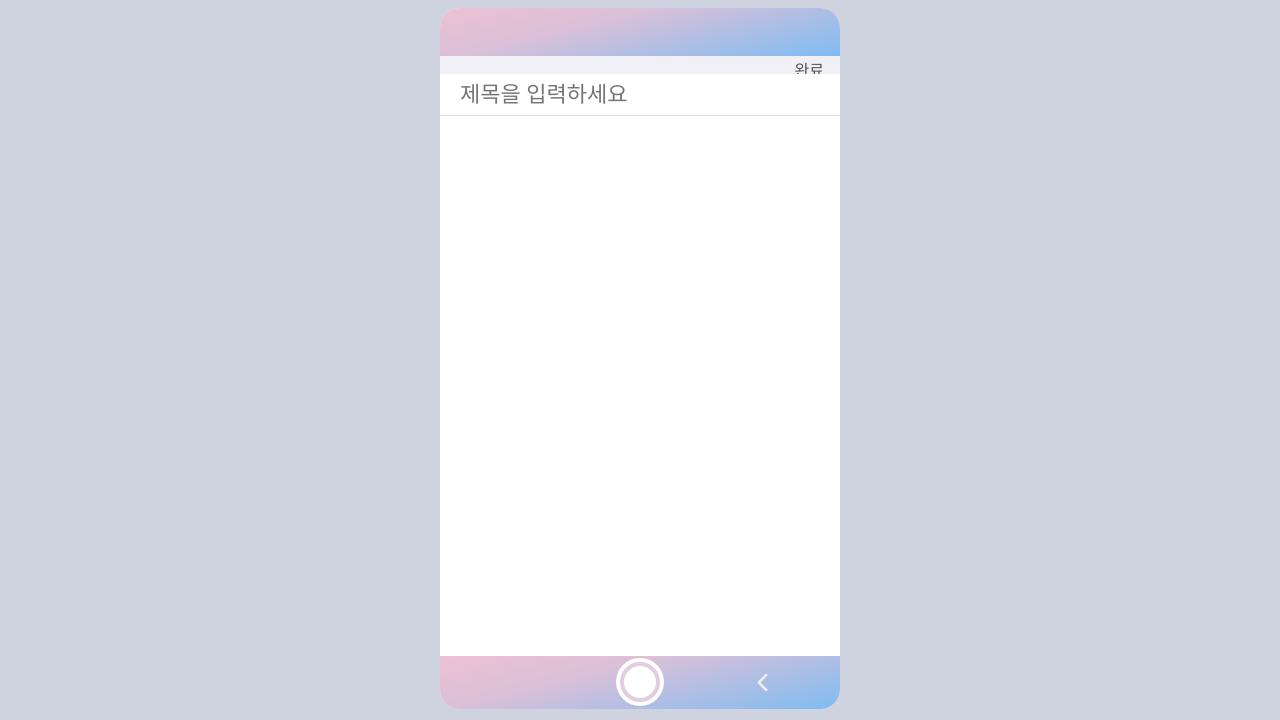
Repository: jinhee196/diary
Page: index.html
An editor plug-in stored every save of this project. The page is shown before and after the next save, followed by the edit.
The browser window is 1280 px wide. The pictures show the whole page.
Some web fonts or font styles are not loaded; a fallback is used. Some web libraries are served in a nearby version.

Above is the page before, as saved 2021-06-04 21:16:22.

After the next save:
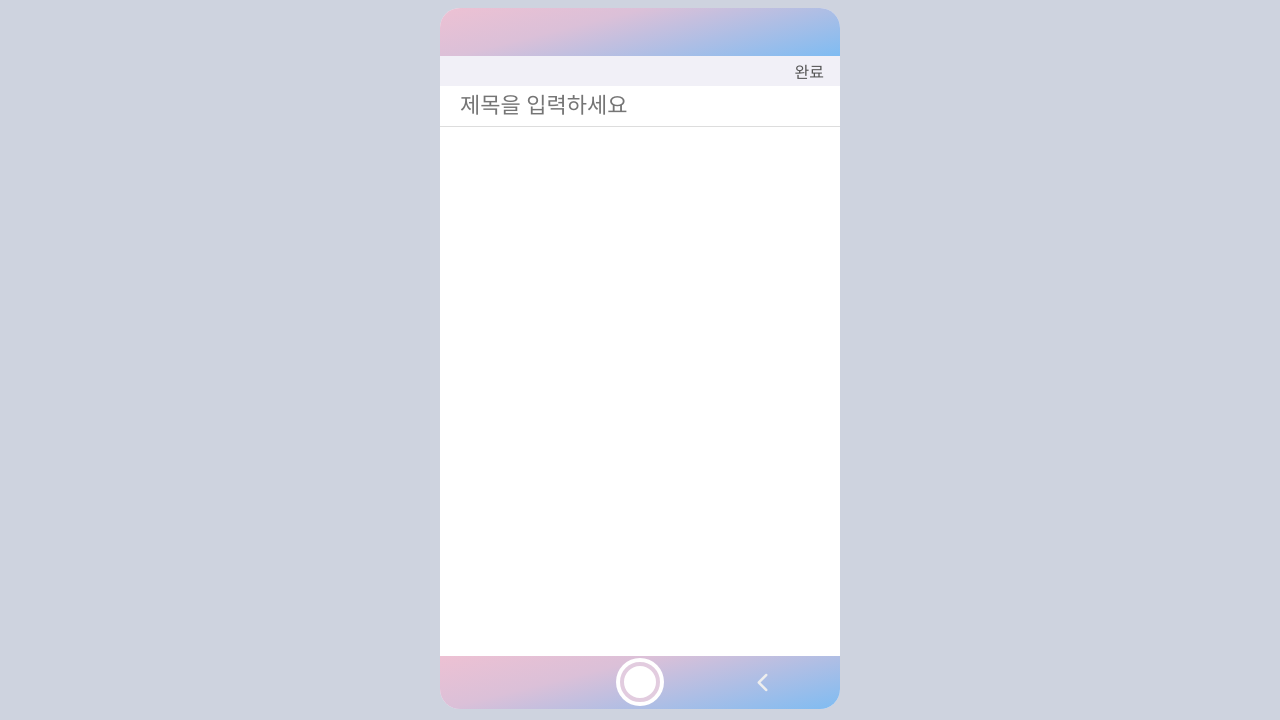
Saved 29 s later.
--- a/style.css
+++ b/style.css
@@ -95,7 +95,7 @@ section {
 }
 .daily__title {
   width: 100%;
-  height: 7%;
+  height: 5%;
   outline: none;
   padding: 20px;
   font-size: 22px;
@@ -113,7 +113,7 @@ section {
   font-size: 18px;
 }
 .daily__submit {
-  height: 3%;
+  height: 5%;
   font-size: 16px;
   color: #555;
   float: right;
